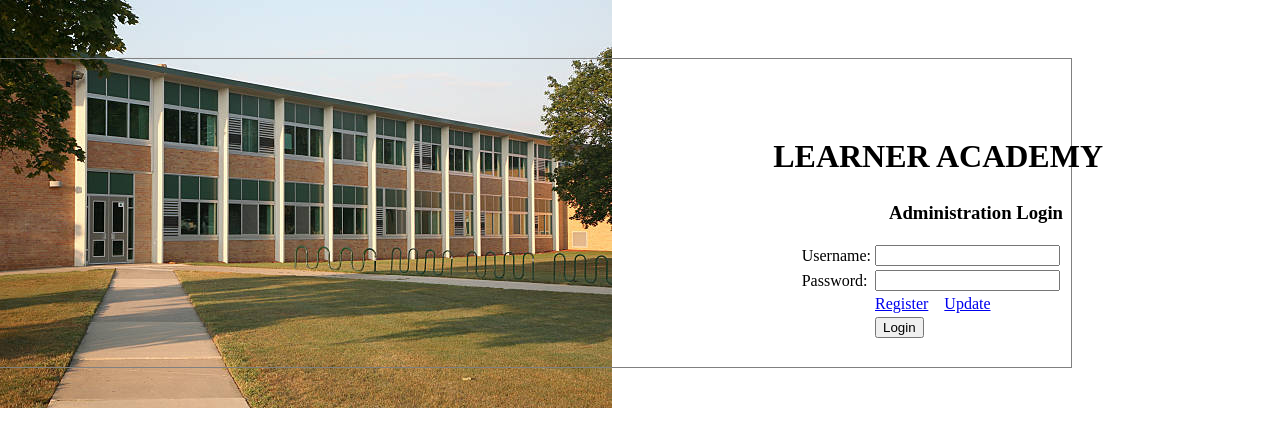
Repository: priyankagit8692/Phase_2_SimpliLearn-
Page: http://localhost/LearnerAcademyProject/AdminLogin.jsp
An editor plug-in stored every save of this project. The page is shown before and after the next save, followed by the edit.
The browser window is 1280 px wide. The pictures show the whole page.
The page is served by Tomcat 9.

Above is the page before, as saved 2021-03-20 15:10:08.

After the next save:
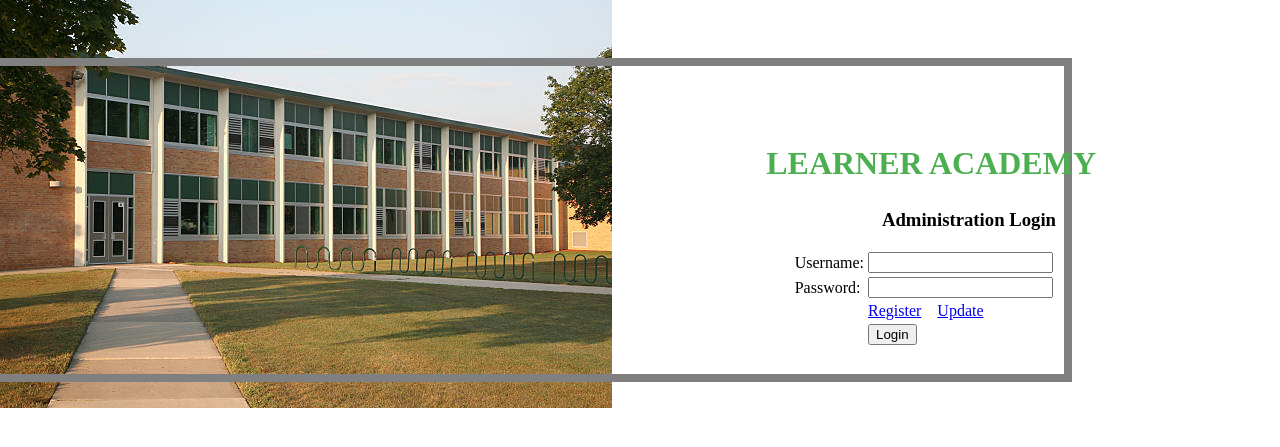
Saved 10 s later.
--- a/FinalProjectPhase2/LearnerAcademyProject/WebContent/AdminLogin.jsp
+++ b/FinalProjectPhase2/LearnerAcademyProject/WebContent/AdminLogin.jsp
@@ -14,12 +14,13 @@ body {
   height: auto;
 }
 div {
-  border: 1px solid gray;
+  border: 8px solid gray;
   padding: 8px;
   transform: translate(-200px,50px);
 }
 h1{
   transform: translate(40px,50px);
+  color: #4CAF50;
 }
 </style>
 <body>
